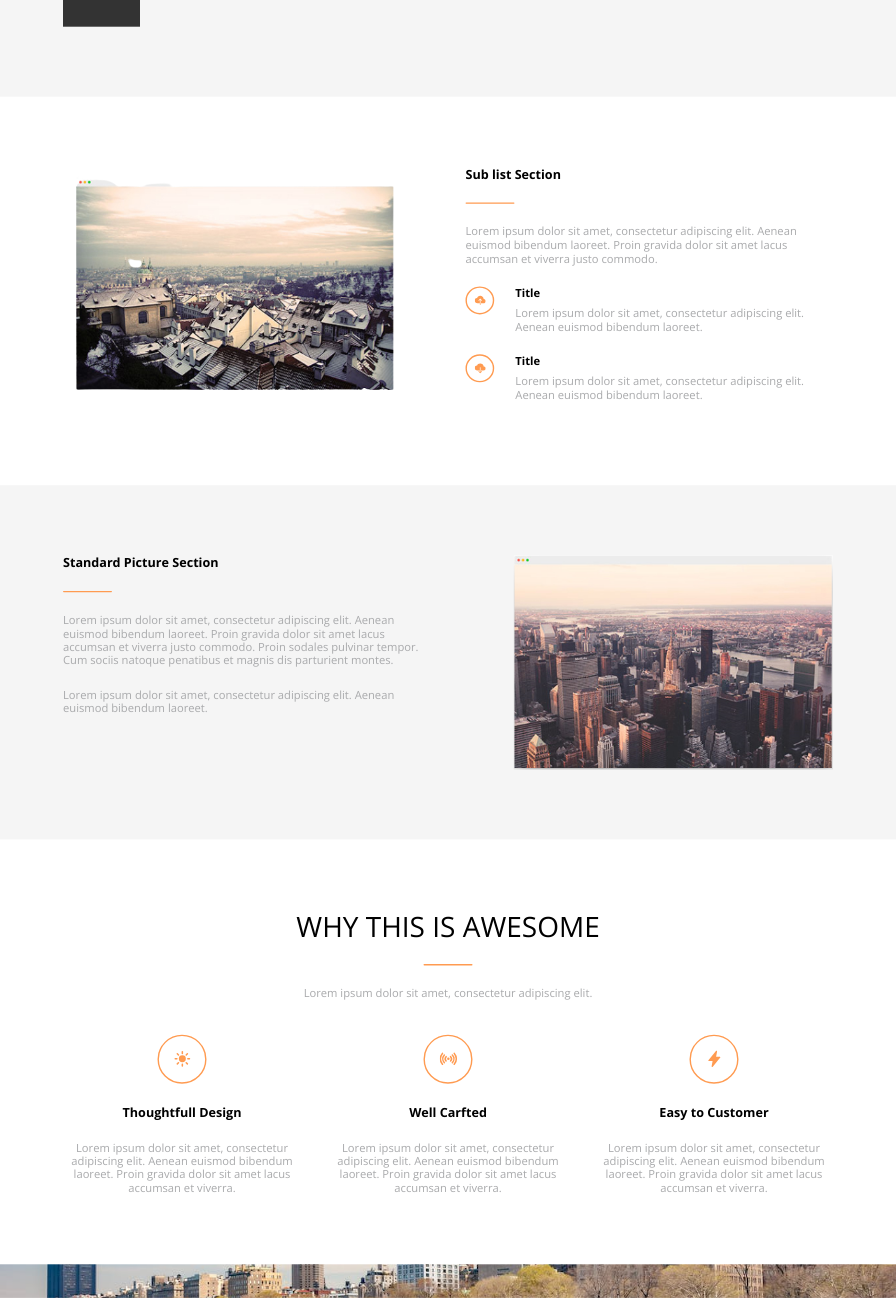
Repository: dinhtri123/axureThems
Page: index.html
The author's editor kept a copy of each file at every save. The page is drawn from the files as they stood at one save, then again after a run of saves.
The browser window is 1280 px wide. The pictures show the part of the page from y = 1043 to 2963 px (the page is 2901 px tall before and 2963 px after), at 70% of full size.

Above is the page before, as saved 2023-02-11 16:35:08.

### index.html
<!DOCTYPE html>
<html lang="en">
  <head>
    <meta charset="UTF-8" />
    <meta http-equiv="X-UA-Compatible" content="IE=edge" />
    <meta name="viewport" content="width=device-width, initial-scale=1.0" />
    <title>Axure Themes</title>
    <script
      type="module"
      src="https://unpkg.com/ionicons@5.5.2/dist/ionicons/ionicons.esm.js"
    ></script>
    <script
      nomodule
      src="https://unpkg.com/ionicons@5.5.2/dist/ionicons/ionicons.js"
    ></script>
    <link rel="stylesheet" href="style.css" />
  </head>
  <body>
    <header>
      <div class="container headerMain">
        <a href="index.html" class="logo">
          <span>AX</span>
          <span>IT</span>
        </a>
        <nav>
          <ul>
            <li><a href="#">Features</a></li>
            <li><a href="#">About</a></li>
            <li><a href="#">Pricing</a></li>
            <li><a href="#">Reviews</a></li>
            <li><a href="#">Contact</a></li>
          </ul>
        </nav>
      </div>
    </header>
    <div class="banner">
      <div class="imageBanner">
        <img src="./image/banner.jpeg" alt="" />
      </div>
      <div class="container bannerMain">
        <div class="bannerLeft">
          <a href="index.html" class="logo logoBanner">
            <span>AX</span>
            <span>IT</span>
          </a>
          <h3>MODERN AXURE TEMPLATE FOR BEAUTIFUL PROTOTYPES</h3>
          <span class="line"></span>
          <p>
            Lorem ipsum dolor sit amet, consectetur adipiscing elit. Aenean
            euismod bibendum laoreet. Proin gravida dolor sit amet lacus
            accumsan et viverra justo commodo.
          </p>
          <button class="btn">Download</button>
        </div>
        <div class="bannerRight">
          <form autocomplete="off" class="formBanner">
            <h3>Try Your <span>FREE</span> Trial Today</h3>
            <div class="inputForm">
              <input type="text" name="name" id="name" placeholder="Name" />
              <input type="email" name="email" id="email" placeholder="Email" />
              <input
                type="password"
                name="password"
                id="password"
                placeholder="Password"
              />
            </div>
            <button class="btnForm">Get Started</button>
          </form>
        </div>
      </div>
    </div>
    <main>
      <div class="mainTabs">
        <div class="container mainTabsContent">
          <div class="tabsLeft">
            <div class="tabsNumber">
              <span>TAB 1</span>
              <span>TAB 2</span>
              <span>TAB 3</span>
            </div>
            <div class="tabsContent">
              <h3>Tabs with soft transitioning effect.</h3>
              <p>
                Lorem ipsum dolor sit amet, consectetur adipiscing elit. Aenean
                euismod bibendum laoreet. Proin gravida dolor sit amet lacus
                accumsan et viverra justo commodo. Proin sodales pulvinar
                tempor. Cum sociis natoque penatibus et magnis dis parturient
                montes.
              </p>
              <p>
                Lorem ipsum dolor sit amet, consectetur adipiscing elit. Aenean
                euismod bibendum laoreet.
              </p>
              <button class="btn btnTabs">Download</button>
            </div>
          </div>
          <div class="tabsRight">
            <img src="./image/img.png" alt="" />
          </div>
        </div>
      </div>
      <div class="mainSublist">
        <div class="container sublistMain">
          <div class="subLeft">
            <img src="./image/img2.png" alt="" />
          </div>
          <div class="subRight">
            <h3>Sub list Section</h3>
            <span class="line lineSub"></span>
            <p>
              Lorem ipsum dolor sit amet, consectetur adipiscing elit. Aenean
              euismod bibendum laoreet. Proin gravida dolor sit amet lacus
              accumsan et viverra justo commodo.
            </p>
            <div class="subDesc">
              <div class="icon">
                <ion-icon name="cloud-upload"></ion-icon>
              </div>
              <div class="subDescItem">
                <h4>Title</h4>
                <p>
                  Lorem ipsum dolor sit amet, consectetur adipiscing elit.
                  Aenean euismod bibendum laoreet.
                </p>
              </div>
            </div>
            <div class="subDesc">
              <div class="icon">
                <ion-icon name="cloud-download"></ion-icon>
              </div>
              <div class="subDescItem">
                <h4>Title</h4>
                <p>
                  Lorem ipsum dolor sit amet, consectetur adipiscing elit.
                  Aenean euismod bibendum laoreet.
                </p>
              </div>
            </div>
          </div>
        </div>
      </div>
      <div class="mainSection">
        <div class="container sectionContent">
          <div class="sectionLeft">
            <h3>Standard Picture Section</h3>
            <span class="line sectionLine"></span>
            <p>
              Lorem ipsum dolor sit amet, consectetur adipiscing elit. Aenean
              euismod bibendum laoreet. Proin gravida dolor sit amet lacus
              accumsan et viverra justo commodo. Proin sodales pulvinar tempor.
              Cum sociis natoque penatibus et magnis dis parturient montes.
            </p>
            <p>
              Lorem ipsum dolor sit amet, consectetur adipiscing elit. Aenean
              euismod bibendum laoreet.
            </p>
          </div>
          <div class="sectionRight">
            <img src="./image/img4.jpg" alt="" />
          </div>
        </div>
      </div>
      <div class="mainAwesome">
        <div class="container awesomeContent">
          <h2>WHY THIS IS AWESOME</h2>
          <span class="line lineSub"></span>
          <p>Lorem ipsum dolor sit amet, consectetur adipiscing elit.</p>
          <div class="awesomeItems">
            <div class="awesomeCard">
              <div class="icon iconAwesome">
                <ion-icon name="sunny"></ion-icon>
              </div>
              <h3>Thoughtfull Design</h3>
              <p>
                Lorem ipsum dolor sit amet, consectetur adipiscing elit. Aenean
                euismod bibendum laoreet. Proin gravida dolor sit amet lacus
                accumsan et viverra.
              </p>
            </div>
            <div class="awesomeCard">
              <div class="icon iconAwesome">
                <ion-icon name="radio"></ion-icon>
              </div>
              <h3>Well Carfted</h3>
              <p>
                Lorem ipsum dolor sit amet, consectetur adipiscing elit. Aenean
                euismod bibendum laoreet. Proin gravida dolor sit amet lacus
                accumsan et viverra.
              </p>
            </div>
            <div class="awesomeCard">
              <div class="icon iconAwesome">
                <ion-icon name="flash"></ion-icon>
              </div>
              <h3>Easy to Customer</h3>
              <p>
                Lorem ipsum dolor sit amet, consectetur adipiscing elit. Aenean
                euismod bibendum laoreet. Proin gravida dolor sit amet lacus
                accumsan et viverra.
              </p>
            </div>
          </div>
        </div>
      </div>
      <div class="mainStylish">
        <div class="stylishBanner">
          <img src="./image/banner12.jpeg" alt="" />
        </div>
        <div class="container stylishContent">
          <h2 class="stylishTitle">STYLISH AXURE DESIGN</h2>

        </div>
      </div>
    </main>
  </body>
</html>

### style.css
@import url("https://fonts.googleapis.com/css2?family=Open+Sans:wght@400;500;600;700&display=swap");
* {
  margin: 0;
  padding: 0;
  box-sizing: border-box;
  scroll-behavior: smooth;
}
:root {
  --bg-black: #000;
  --bg-white: #fff;
  --bg-orange: #ff9b51;
  --bg-light: #f5f5f5;
  --bg-gray: #dfdfdf;
  --bg-text: #a9aaac;
}
body {
  font-family: "Open Sans", sans-serif;
  font-weight: 400;
  font-size: 16px;
  line-height: 1.2;
  width: 100%;
  max-height: 100vh;
  height: 100%;
  color: var(--bg-white);
}
button,
a,
input {
  cursor: pointer;
  text-decoration: none;
  border: none;
  outline: none;
}
.container {
  max-width: 1100px;
  width: 100%;
  height: 100%;
  margin: 0px auto;
}

header {
  width: 100%;
  height: 70px;
  background: var(--bg-black);
}
.headerMain {
  display: flex;
  justify-content: space-between;
  align-items: center;
}
.logo {
  display: flex;
  text-decoration: none;
  font-size: 30px;
}
.logo span:first-child {
  font-weight: 700;
  color: var(--bg-white);
}
.logo span:last-child {
  font-weight: 400;
  color: var(--bg-orange);
}
nav ul {
  display: flex;
  align-items: center;
  gap: 40px;
  list-style: none;
}
nav ul li a {
  text-decoration: none;
  color: var(--bg-white);
}

/* --------------------- */

/* --------BANNER------------ */

.banner {
  width: 100%;
  background: var(--bg-black);
  position: relative;
}
.imageBanner {
  position: absolute;
  inset: 0;
  width: 100%;
  height: 100%;
  z-index: 0;
  filter: brightness(0.5);
}
.imageBanner img {
  width: 100%;
  height: 100%;
  object-fit: cover;
}
.bannerMain {
  padding: 100px 0px;
  display: grid;
  grid-template-columns: repeat(2, 1fr);
  gap: 50px;
  z-index: 10;
  isolation: isolate;
}
.bannerLeft {
  display: flex;
  flex-direction: column;
  gap: 30px;
}
.bannerRight {
  display: flex;
  justify-content: end;
  align-items: center;
}

.logoBanner {
  font-size: 60px;
}
.bannerLeft > h3 {
  font-size: 35px;
  font-weight: 300;
}
.line {
  width: 70px;
  height: 2px;
  background-color: var(--bg-white);
  border-radius: 8px;
}

.btn {
  width: 135px;
  height: 45px;
  border: 2px solid var(--bg-white);
  display: flex;
  justify-content: center;
  align-items: center;
  font-weight: 600;
  background: transparent;
  color: var(--bg-white);
}

.formBanner {
  width: 360px;
  height: 360px;
  border-radius: 6px;
  background: var(--bg-white);
  display: flex;
  flex-direction: column;
  justify-content: space-between;
  align-items: center;
  overflow: hidden;
}
.formBanner > h3 {
  width: 100%;
  height: 55px;
  font-size: 22px;
  color: var(--bg-black);
  font-weight: 700;
  background: var(--bg-light);
  display: flex;
  justify-content: center;
  align-items: center;
}
.formBanner > h3 > span {
  color: var(--bg-orange);
  padding: 0px 10px;
}
.inputForm {
  width: 100%;
  height: 250px;
  padding: 0px 50px;
  display: flex;
  flex-direction: column;
  justify-content: center;
  gap: 20px;
}
.inputForm input {
  border: none;
  border-bottom: 2px solid var(--bg-light);
  padding: 0px 10px;
  width: 100%;
  height: 40px;
  outline: none;
}
.inputForm input::placeholder {
  color: var(--bg-gray);
}
.btnForm {
  width: 100%;
  height: 55px;
  background: var(--bg-orange);
  display: flex;
  justify-content: center;
  align-items: center;
  font-weight: 600;
  color: var(--bg-white);
  border: none;
  outline: none;
  font-size: 17px;
}
/* -------------------------- */

/* -----main------- */

.mainTabs {
  width: 100%;
  background: var(--bg-light);
}

.mainTabsContent {
  width: 100%;
  padding: 100px 0px;
  color: var(--bg-black);
  display: grid;
  grid-template-columns: 2fr 1fr;
  gap: 50px;
}
.tabsLeft {
  display: flex;
  gap: 80px;
}

.tabsNumber {
  display: flex;
  flex-direction: column;
}
.tabsNumber span {
  width: 110px;
  height: 110px;
  display: flex;
  justify-content: center;
  align-items: center;
  color: var(--bg-white);
  background: #333333;
  cursor: pointer;
}
.tabsNumber span:nth-child(2) {
  border-top: 2px solid var(--bg-light);
  border-bottom: 2px solid var(--bg-light);
}
.tabsContent {
  display: flex;
  gap: 30px;
  flex-direction: column;
}

.tabsContent p {
  color: var(--bg-text);
}
.btnTabs {
  background: var(--bg-orange);
  border: none;
  border-radius: 6px;
}
.lineSub {
  background: var(--bg-orange);
}

.sublistMain {
  width: 100%;
  padding: 100px 0px;
  display: grid;
  grid-template-columns: 1fr 1fr;
  gap: 50px;
}

.subRight {
  display: flex;
  flex-direction: column;
  gap: 30px;
  color: var(--bg-black);
}
h3 {
  font-size: 18px;
}
.subRight p {
  color: var(--bg-text);
}

.subDesc {
  display: flex;
  gap: 30px;
}
.icon {
  width: 60px;
  height: 40px;
  border: 2px solid var(--bg-orange);
  display: flex;
  justify-content: center;
  align-items: center;
  color: var(--bg-orange);
  border-radius: 50%;
}
.subDescItem {
  display: flex;
  flex-direction: column;
  gap: 10px;
}
.subDescItem > p {
  color: var(--bg-text);
}

.mainSection {
  width: 100%;
  background: var(--bg-light);
}
.sectionContent {
  width: 100%;
  padding: 100px 0px;
  display: grid;
  grid-template-columns: 1fr 1fr;
  gap: 50px;
}
.sectionLeft {
  display: flex;
  flex-direction: column;
  gap: 30px;
  color: var(--bg-black);
}
.sectionLine {
  background-color: var(--bg-orange);
}
.sectionLeft p {
  color: var(--bg-text);
}
.sectionRight {
  display: flex;
  justify-content: end;
}

.awesomeContent {
  width: 100%;
  padding: 100px 0px;
  display: flex;
  flex-direction: column;
  align-items: center;
  gap: 30px;
  color: var(--bg-black);
}
h2 {
  font-size: 40px;
  font-weight: 400;
}
.awesomeContent p {
  color: var(--bg-text);
  text-align: center;
}
.iconAwesome {
  width: 70px;
  height: 70px;
  font-size: 25px;
}
.awesomeItems {
  display: grid;
  grid-template-columns: repeat(3, 1fr);
  gap: 40px;
  margin-top: 20px;
}
.awesomeCard {
  display: flex;
  flex-direction: column;
  gap: 30px;
  align-items: center;
}

.mainStylish {
  position: relative;
  width: 100%;
}
.stylishBanner {
  position: absolute;
  inset: 0;
  width: 100%;
  height: 100%;
}
.stylishBanner img {
  width: 100%;
  height: 100%;
  object-fit: cover;
}
.stylishContent {
  display: flex;
  flex-direction: column;
  gap: 30px;
  align-items: center;
}
.stylishTitle {
  color: var(--bg-white);
}

After the next 3 saves:
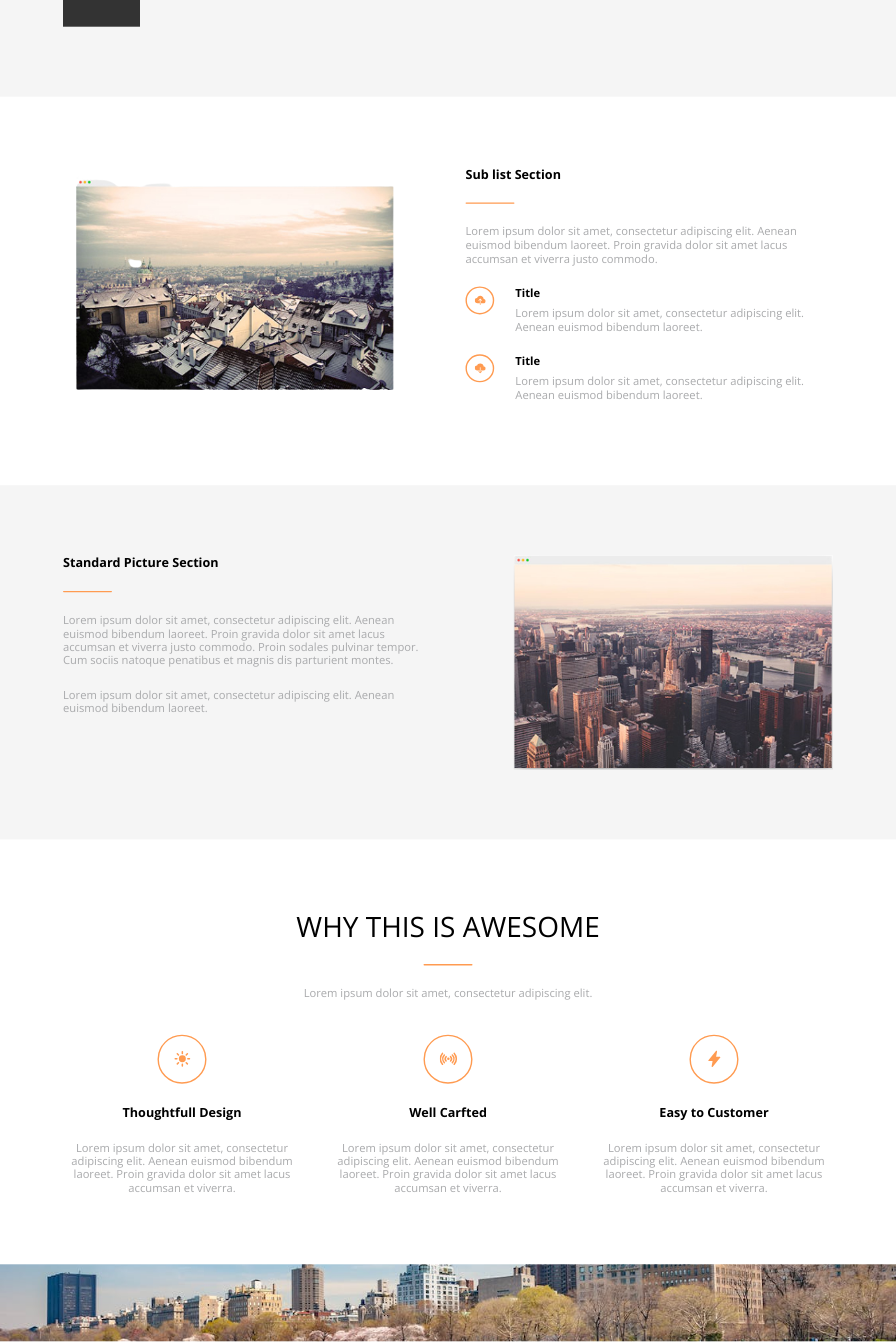
The 3 saves are shown as one change because they came seconds apart.
The last was saved 8 s later.
--- a/index.html
+++ b/index.html
@@ -209,7 +209,8 @@
         </div>
         <div class="container stylishContent">
           <h2 class="stylishTitle">STYLISH AXURE DESIGN</h2>
-
+          <span class="line"></span>
+          <p></p>
         </div>
       </div>
     </main>
